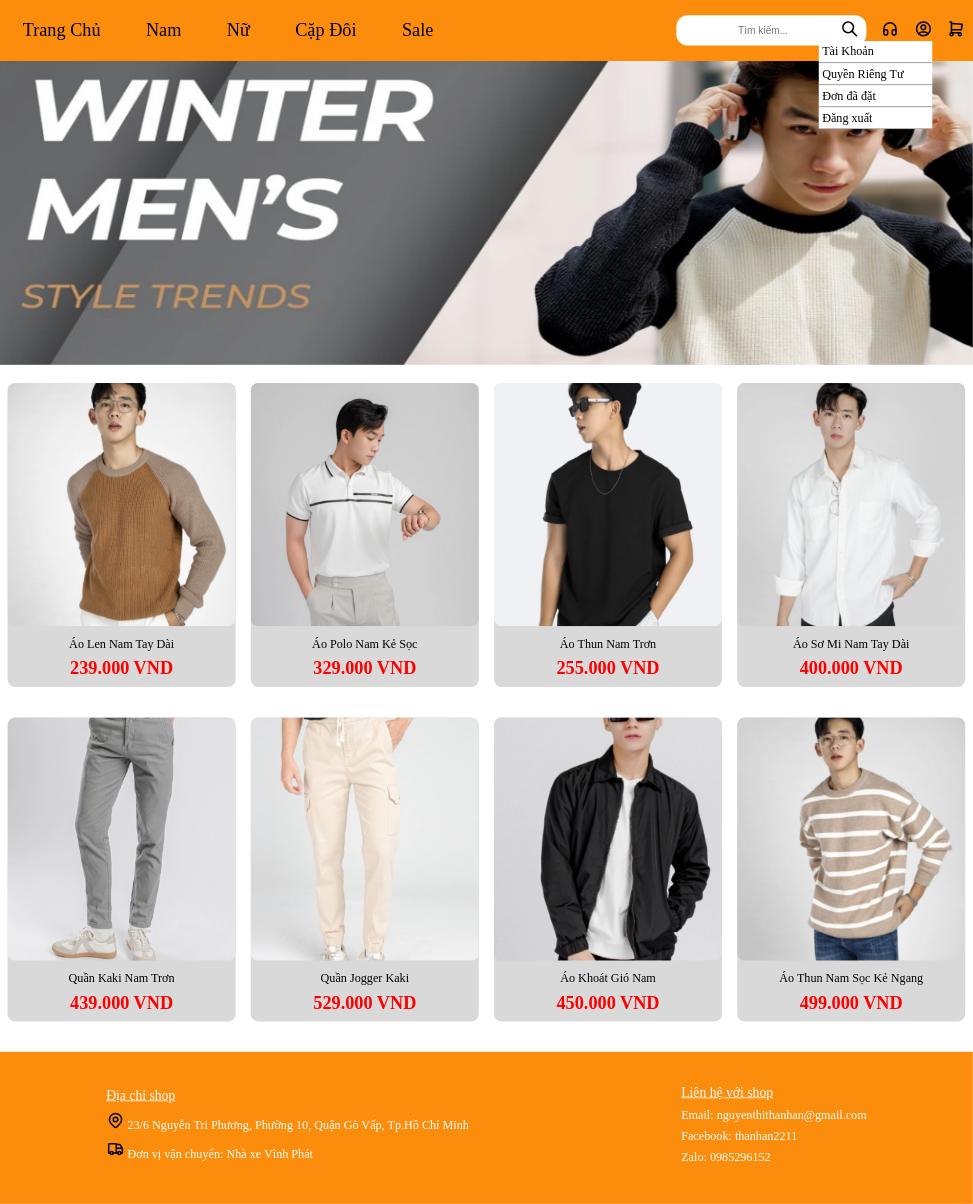
Repository: manhhieu120499/Project_ShopQuanAo
Page: html/nam.html
An editor plug-in stored every save of this project. The page is shown before and after the next save, followed by the edit.
The browser window is 1280 px wide. The pictures show the whole page, at 76% of full size.

Above is the page before, as saved 2023-03-06 00:25:28.

After the next save:
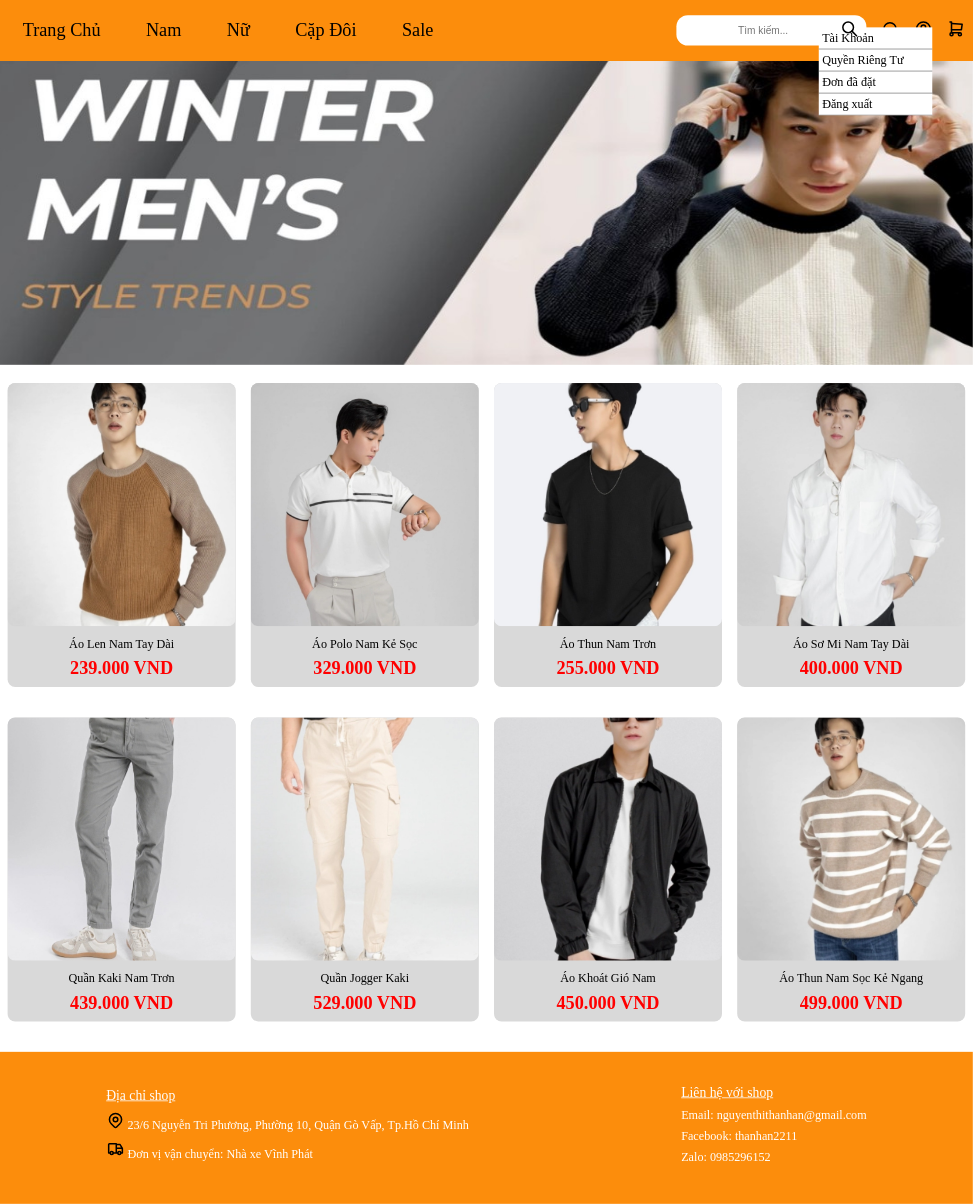
Saved 4 s later.
--- a/css/style_nam.css
+++ b/css/style_nam.css
@@ -188,7 +188,7 @@
     position: absolute;
     right: 0px;
     padding: 0;
-    top: ;
+    top: 10px;
 }
 
 .user .sub_menu li {

After the save that followed:
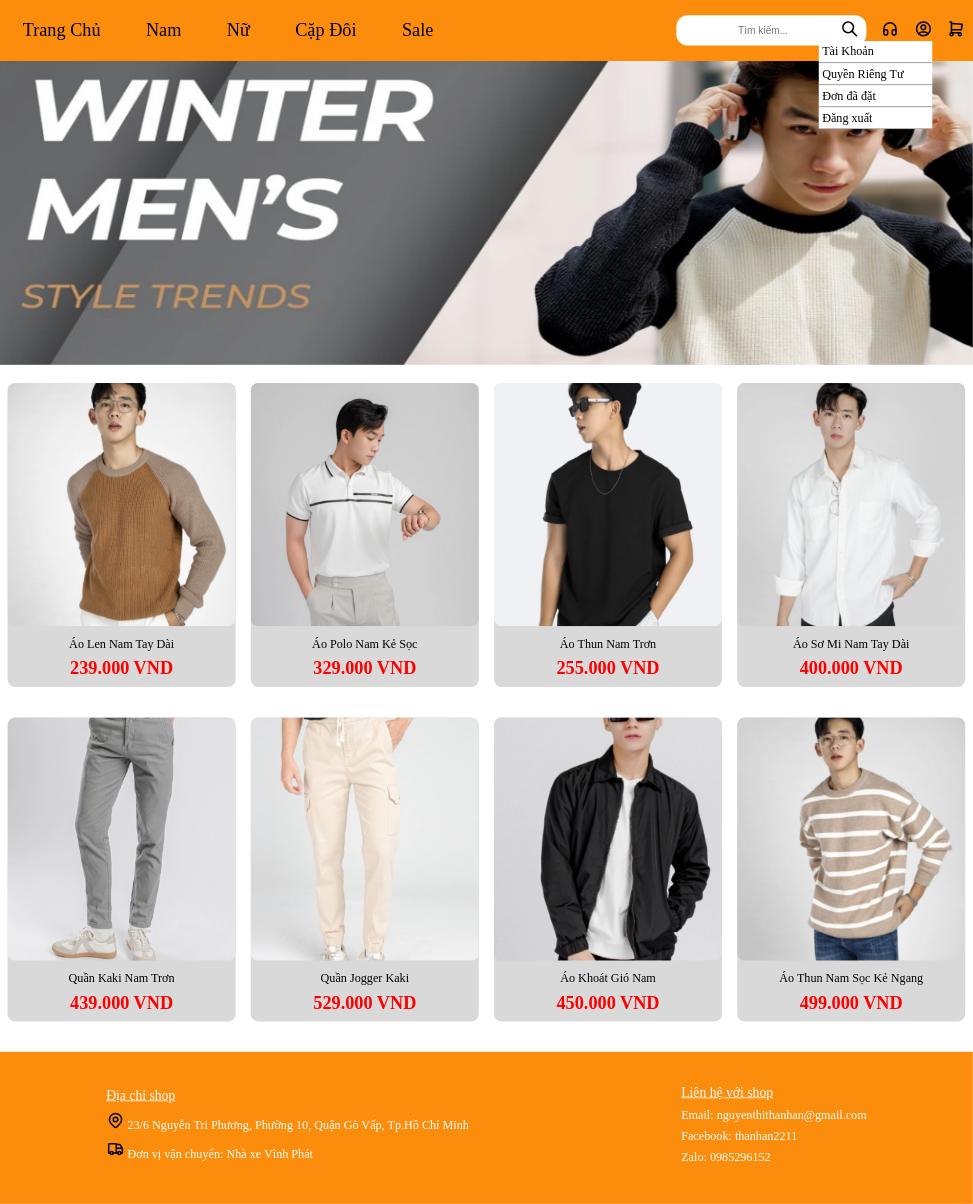
Saved 7 s later.
--- a/css/style_nam.css
+++ b/css/style_nam.css
@@ -188,7 +188,7 @@
     position: absolute;
     right: 0px;
     padding: 0;
-    top: 10px;
+    mar
 }
 
 .user .sub_menu li {
